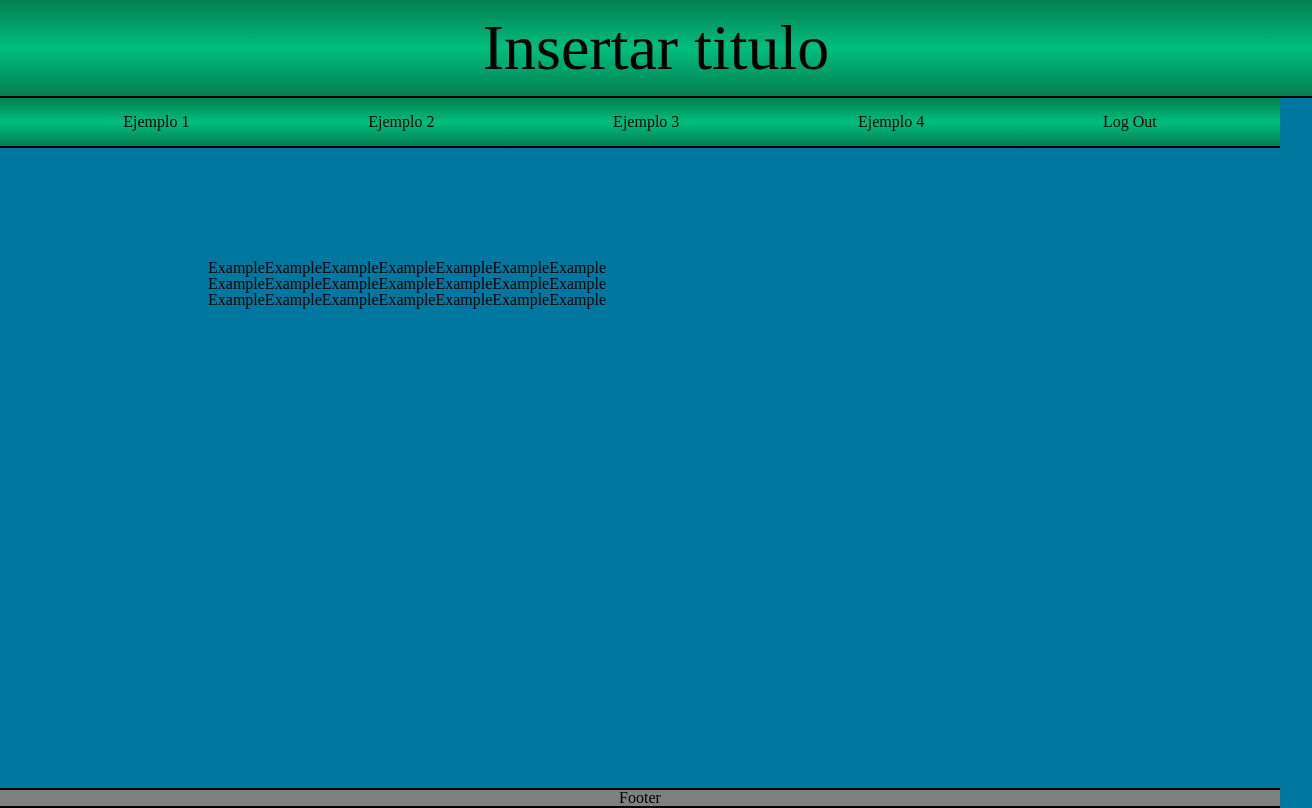
Repository: FacundoKinderknecht/Parcial-2-LPPA
Page: main/main.html
An editor plug-in stored every save of this project. The page is shown before and after the next save, followed by the edit.
The browser window is 1280 px wide. The page is 1312 px wide, so the pictures cover 1312 px, including what lies to the right of the window. The pictures show the whole page.

Above is the page before, as saved 2022-07-06 12:51:20.

### main/main.html
<!DOCTYPE html>
<html lang="en">
<head>
    <meta charset="UTF-8">
    <meta http-equiv="X-UA-Compatible" content="IE=edge">
    <meta name="viewport" content="width=device-width, initial-scale=1.0">
    <link rel="stylesheet" href="/reset.css">
    <link rel="stylesheet" href="/main/main.css">
    <script src="/main/main.js"></script>
    <title>Document</title>
</head>
<body>
    <header>
        <h1>Insertar titulo</h1>
    </header>
    <nav>
        <li>
            <a href="#">Ejemplo 1</a>
            <a href="#">Ejemplo 2</a>
            <a href="#">Ejemplo 3</a>
            <a href="#">Ejemplo 4</a>
            <a href="#">Log Out</a>
        </li>
    </nav>
    <main>
            <div class="info">
                <p>ExampleExampleExampleExampleExampleExampleExample</p>
                <p>ExampleExampleExampleExampleExampleExampleExample</p>
                <p>ExampleExampleExampleExampleExampleExampleExample</p>
            </div>
    </main>
    <footer>
        <p>Footer</p>
    </footer>
</body>
</html>

### main/main.css
header{
    width: 100%;
    border-bottom: black 2px solid;
    padding: 1rem;
    font-size: 400%;
    background: linear-gradient(to top, rgb(4, 126, 83), rgb(0, 190, 126), rgb(4, 126, 83));
}
nav{
    display: inline;
    text-decoration: none;
}
li{
    padding: 1rem;
    background: linear-gradient(to top, rgb(4, 126, 83), rgb(0, 190, 126), rgb(4, 126, 83));
    text-decoration: none;
    list-style: none;
    color: black;
    border-bottom: black 2px solid;
}
a{
    display: inline-block;
    text-decoration: none;
    color: black;
    padding: 0% 7%;
}
body{
    background-color: rgb(0, 119, 159);
    height: 100%;
    align-items: center;
    text-align: center;
    margin: 0;
}
main{
    display: inline-block;
    width: 70%;
    padding-top: 6rem;
    height: 34rem;
}
div{
    text-align: left;
    align-items:left;
    padding: 1rem;
}
footer{
    border-top: 2px solid black;
    border-bottom: 2px solid black;
    background-color: grey;
    bottom: 0;
    width: 100%;
}

Loaded but not shown: reset.css (common file); main/main.js (no stored copy; drawn as an empty file)

After the next save:
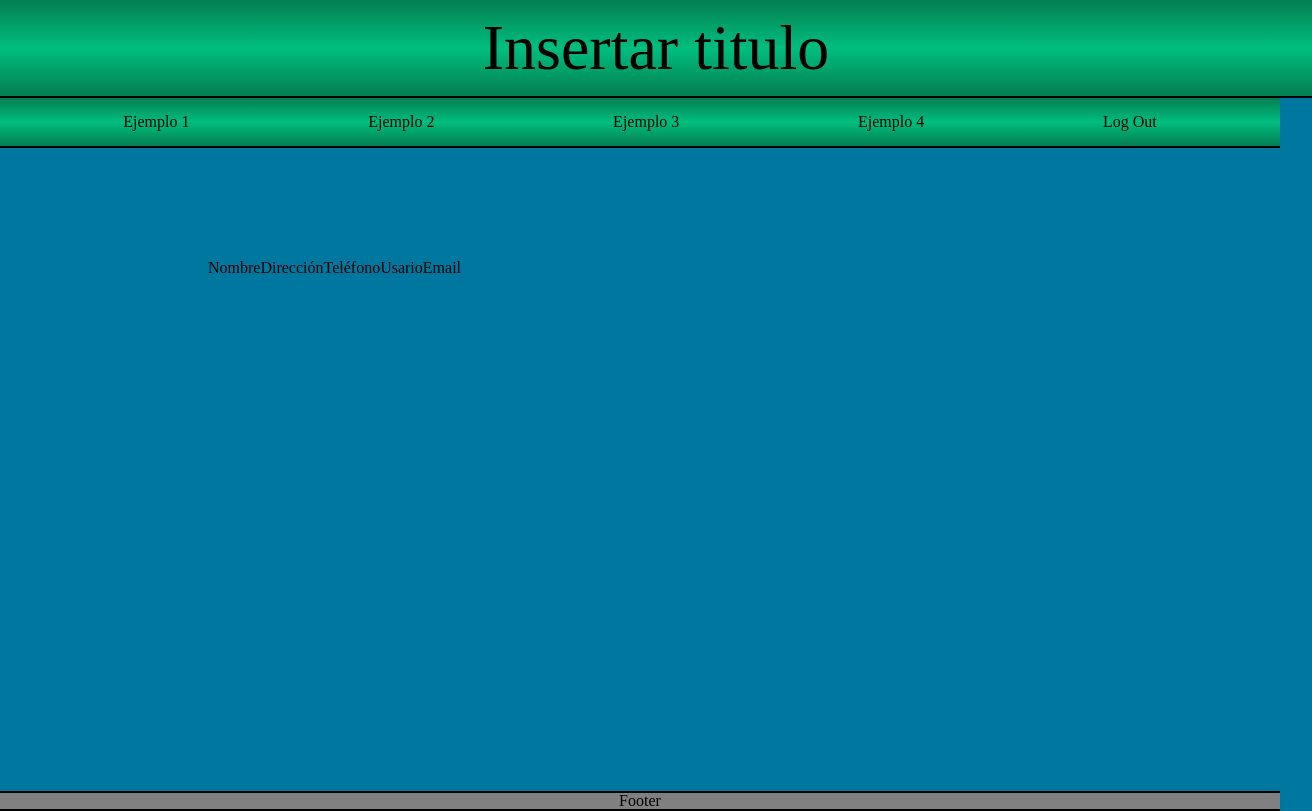
Saved 6 min 3 s later.
--- a/main/main.html
+++ b/main/main.html
@@ -1,5 +1,6 @@
 <!DOCTYPE html>
 <html lang="en">
+
 <head>
     <meta charset="UTF-8">
     <meta http-equiv="X-UA-Compatible" content="IE=edge">
@@ -9,6 +10,7 @@
     <script src="/main/main.js"></script>
     <title>Document</title>
 </head>
+
 <body>
     <header>
         <h1>Insertar titulo</h1>
@@ -23,14 +25,24 @@
         </li>
     </nav>
     <main>
-            <div class="info">
-                <p>ExampleExampleExampleExampleExampleExampleExample</p>
-                <p>ExampleExampleExampleExampleExampleExampleExample</p>
-                <p>ExampleExampleExampleExampleExampleExampleExample</p>
-            </div>
+        <div class="contenedor">
+            <table id="tabla">
+                <thead id="tableHead">
+                    <tr>
+                        <th>Nombre</th>
+                        <th>Dirección</th>
+                        <th>Teléfono</th>
+                        <th>Usario</th>
+                        <th>Email</th>
+                    </tr>
+                </thead>
+                <tbody id="tableBody"></tbody>
+            </table>
+        </div>
     </main>
     <footer>
         <p>Footer</p>
     </footer>
 </body>
+
 </html>
